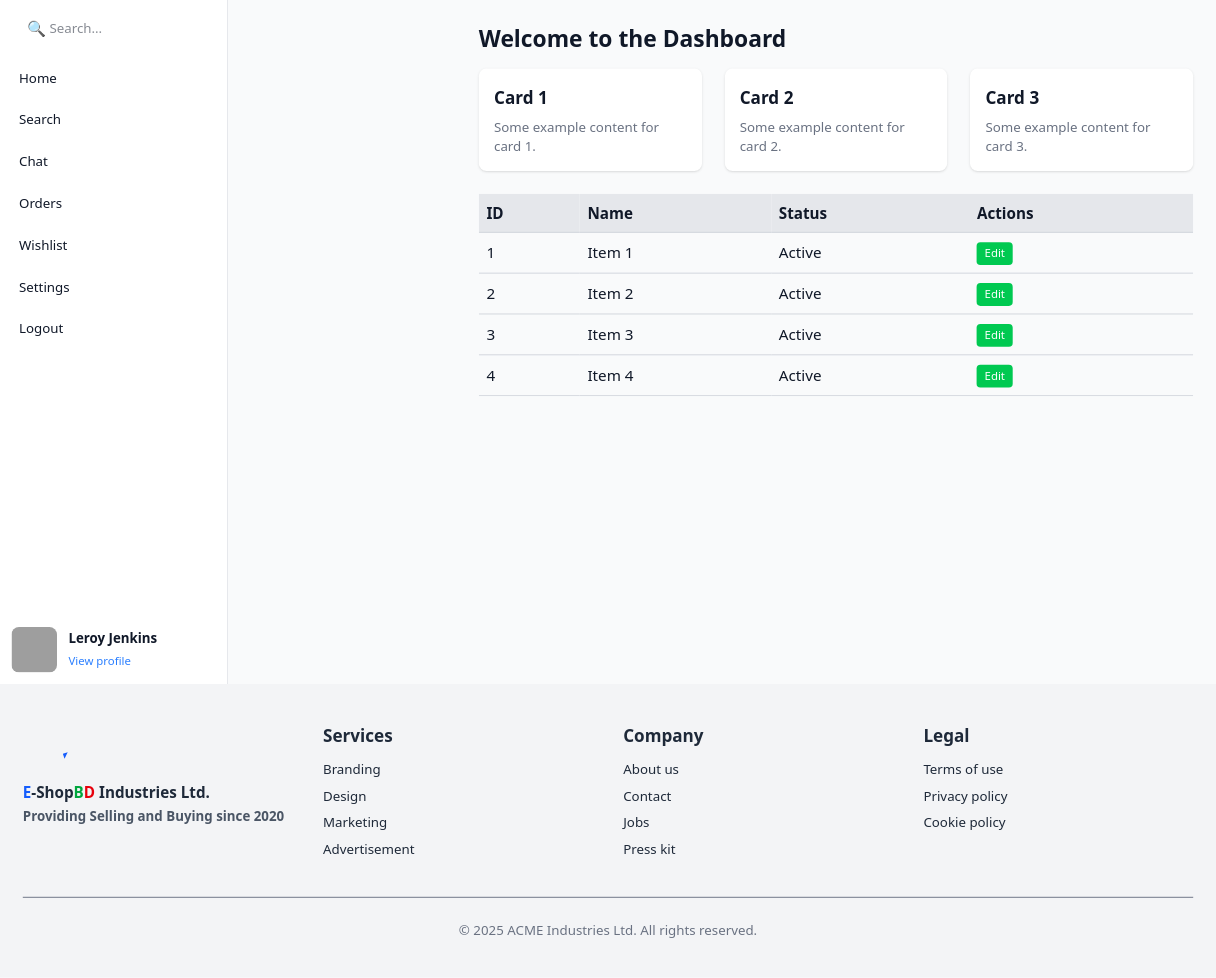
Repository: syedbayzid82849/E-shopBD
Page: /dashboard
The author's editor kept a copy of each file at every save. The page is drawn from the files as they stood at one save, then again after a run of saves.
The browser window is 1280 px wide. The pictures show the whole page, at 95% of full size.
Pictures or frames that could not be fetched are drawn as grey boxes. The project was rebuilt for these pictures with package versions that can differ from the ones it lists, and the page was loaded fresh each time. The framework's server and built-in components were replaced by stand-ins that run in the browser. Also part of the build but not shown: next.config.mjs, src/app/components/Navbar.jsx, src/app/components/NavbarWrapper.jsx.

Above is the page before, as saved 2025-08-26 15:58:48.

After the next 2 saves:
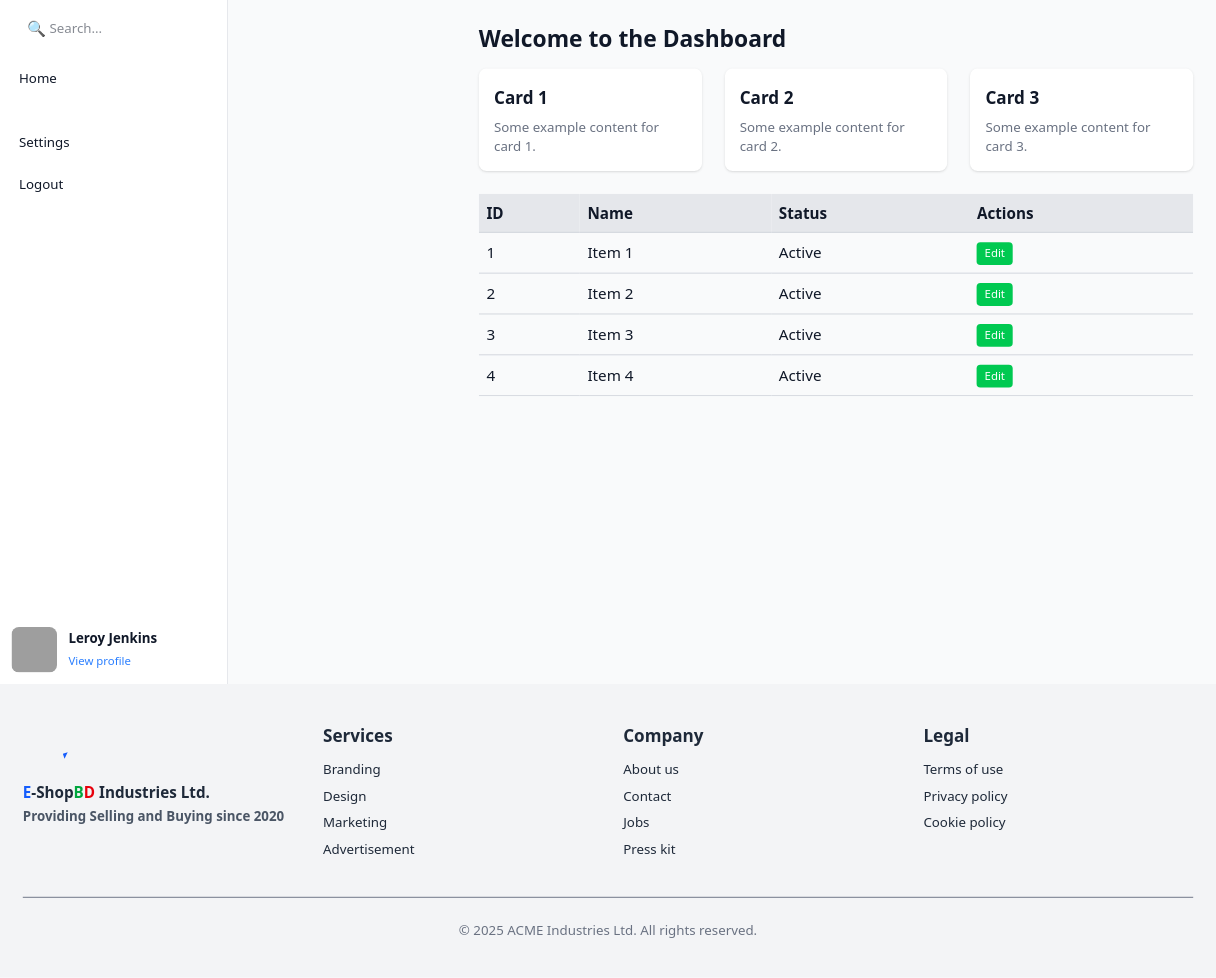
The 2 saves are shown as one change because they came seconds apart.
The last was saved 5 min 32 s later.
--- a/src/app/dashboard/page.jsx
+++ b/src/app/dashboard/page.jsx
@@ -38,7 +38,7 @@ export default function Dashboard() {
           {/* Menu */}
           <div className="flex-1 overflow-y-auto">
             <ul className="space-y-2 text-sm">
-              {["Home", "Search", "Chat", "Orders", "Wishlist", "Settings", "Logout"].map((item, idx) => (
+              {["Home", "", "Settings", "Logout"].map((item, idx) => (
                 <li key={idx}>
                   <a
                     href="#"
